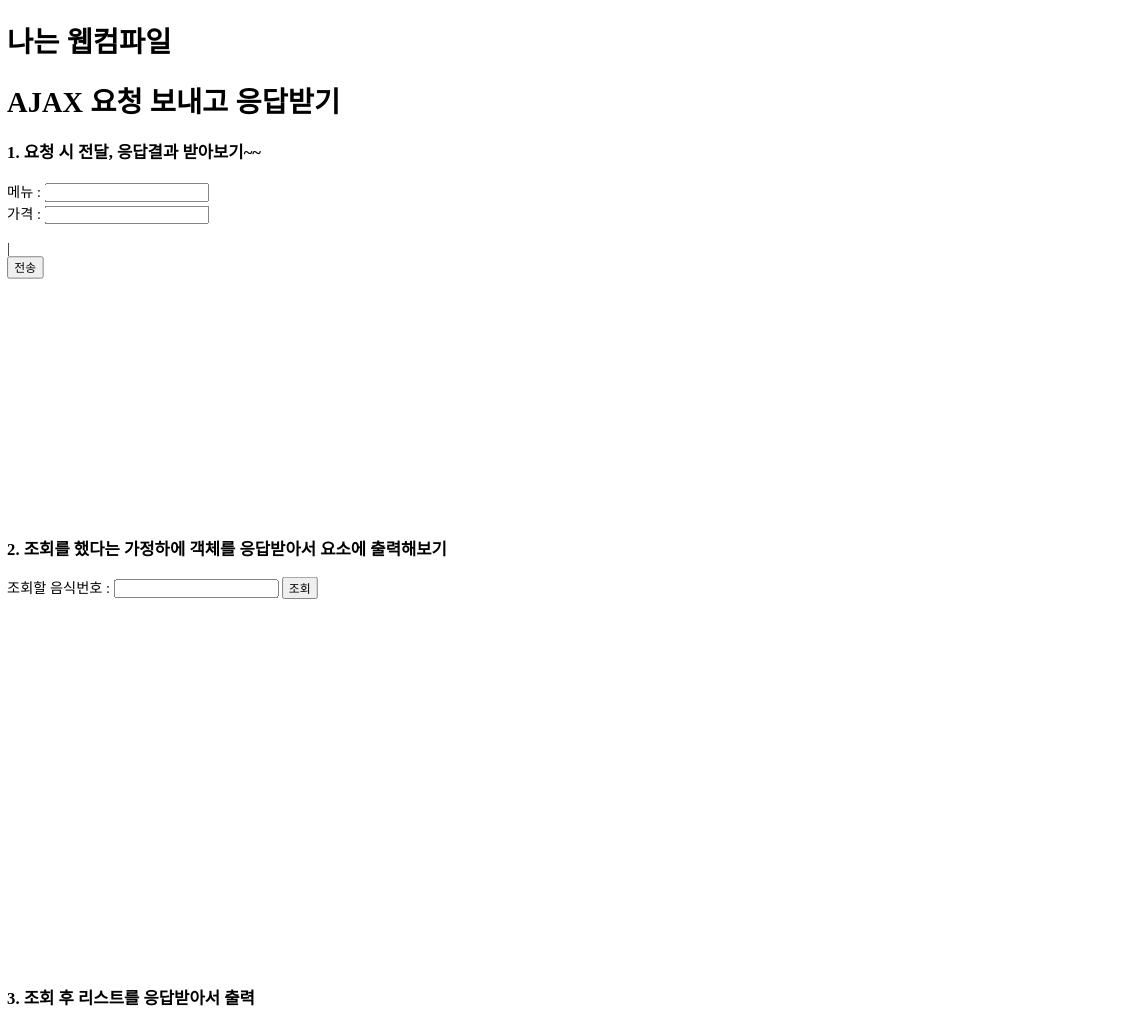
Repository: LeeSeongWook1/semi_Spring
Page: http://localhost/ajaxProject/
The author's editor kept a copy of each file at every save. The page is drawn from the files as they stood at one save, then again after the next save.
The browser window is 1280 px wide. The pictures show the whole page, at 89% of full size.
The page is served by Tomcat 9. Nobody is signed in. The application's start-up code is not run. Other server files are loaded and not shown.

Above is the page before, as saved 2024-04-22 08:15:18.

### ajaxProject/src/main/webapp/index.jsp
<%@ page language="java" contentType="text/html; charset=UTF-8"
	pageEncoding="UTF-8"%>
<!DOCTYPE html>
<html>
<head>
<meta charset="UTF-8">
<title>Insert title here</title>
<script
	src="https://ajax.googleapis.com/ajax/libs/jquery/3.4.1/jquery.min.js"></script>
</head>
<body>
	<h1>나는 웹컴파일</h1>

	<h1>AJAX 요청 보내고 응답받기</h1>

	<h3>1. 요청 시 전달, 응답결과 받아보기~~</h3>

	메뉴 : <input type="text" id="menu"><br>
	가격 : <input type="number" id="price"><br><br>

	<div id="result1">

		<label id = "menu-name"></label> | <label id="menu-id"></label>
	</div>


	<button onclick="test1();">전송</button>

	<script>
		function test1(){

			$.ajax({
				url : 'ajax1.do', //필수점의 속성(매핑값)
				type : 'get',// 요청 시 전달방식
				data : {//요청 시 전달값 (key-value)
					menu : $('#menu').val(), //value속성값에 접근했을 경우!! == string
					price : $('#price').val()
				},
				success : function(result){ //해당 비동기 통신에 성공했을 떄 수행되는 핸들러
					console.log(result);
				},
				error : function(){

				}

			});

		}
	</script>


<br><br><br><br><br><br><br><br><br><br><br><br><br><br><br><br>

<h3>2. 조회를 했다는 가정하에 객체를 응답받아서 요소에 출력해보기</h3>

조회할 음식번호 : <input type="number" id="menuNo"/>

<button id="btn2">조회</button><br>
<div id="result2">
</div>

<script>
	$(function(){
		$('#btn2').click(function(){
			$.ajax({
				url : 'ajax2.do',
				data : {num : $('#menuNo').val()},
				success : function(result){
					console.log(result);

					const menu='<ul>오늘의 메뉴'
								+'<li>' +result.material +'로 만든' +result.menuName+'</li>'
								+'<li>' +result.price+'원</li>'
								+'</ul>';
					$('#result').html(menu);

				}
			});
		});
	})
</script>


<br><br><br><br><br><br><br><br><br><br><br><br><br><br><br><br><br><br><br><br><br><br><br>
<h3>3. 조회 후 리스트를 응답받아서 출력</h3>
</body>
</html>

After the next save:
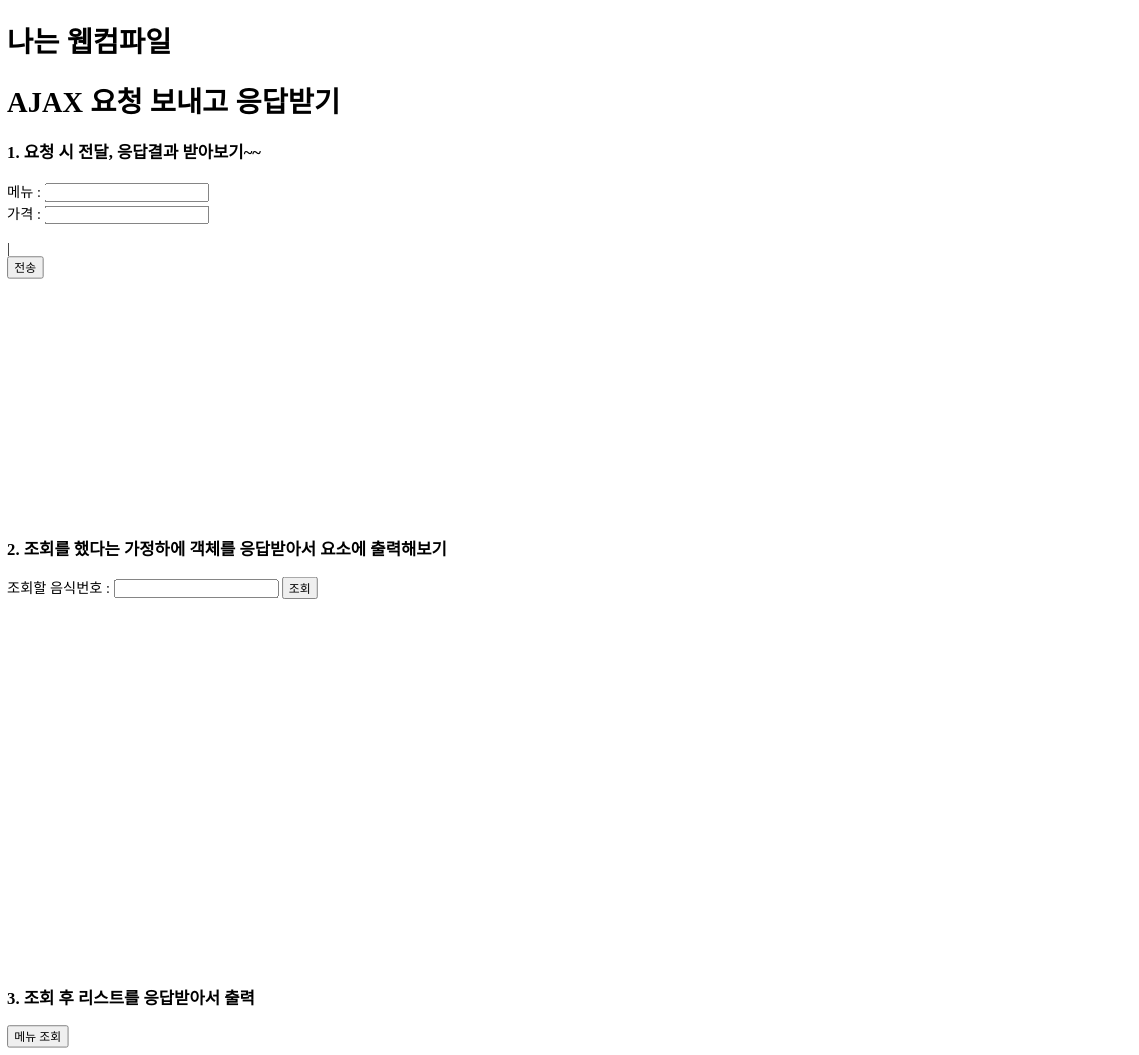
Saved 16 s later.
--- a/ajaxProject/src/main/webapp/index.jsp
+++ b/ajaxProject/src/main/webapp/index.jsp
@@ -83,5 +83,7 @@
 
 <br><br><br><br><br><br><br><br><br><br><br><br><br><br><br><br><br><br><br><br><br><br><br>
 <h3>3. 조회 후 리스트를 응답받아서 출력</h3>
+
+<button id="test3();">메뉴 조회</button>
 </body>
 </html>
